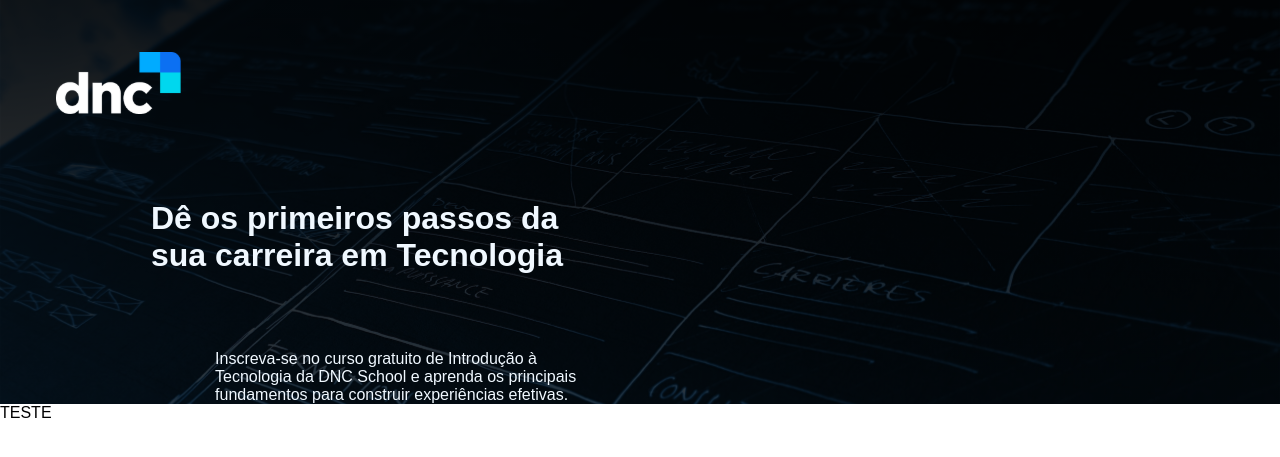
Repository: kleber-goncalves/Landing-Page-dnc
Page: src/index.html
These files come from the project's save history. The page is drawn as it stood at one moment and after the next save; the edit follows.
The browser window is 1280 px wide. The pictures show the whole page.

Above is the page before, as saved 2024-12-09 19:52:04.

After the next save:
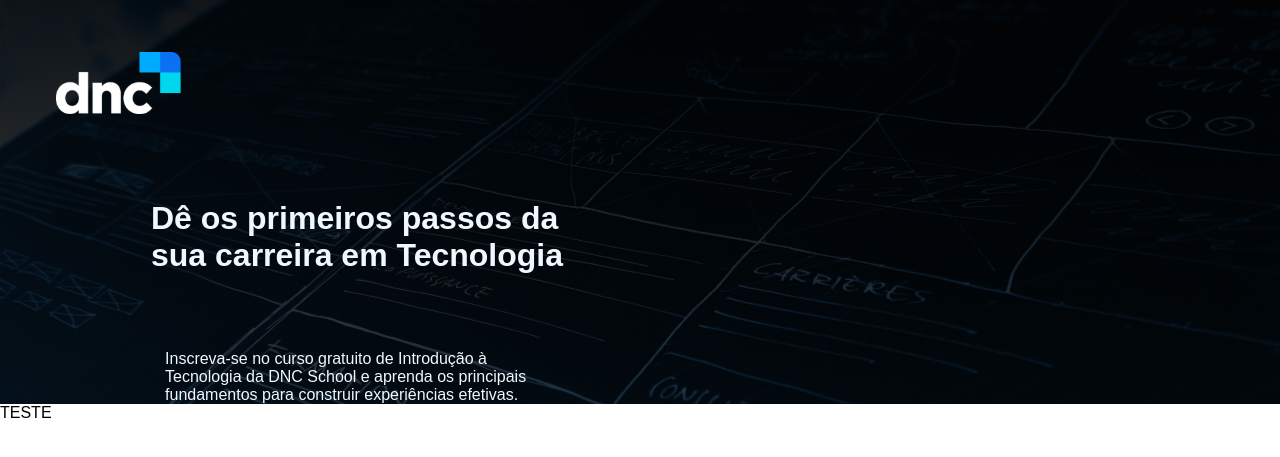
Saved 22 s later.
--- a/src/style.css
+++ b/src/style.css
@@ -29,6 +29,6 @@
 
 #subtitulo {
   display: flex;
-  margin-left: -348px;
+  margin-left: -398px;
   margin-top: 350px;
 }
